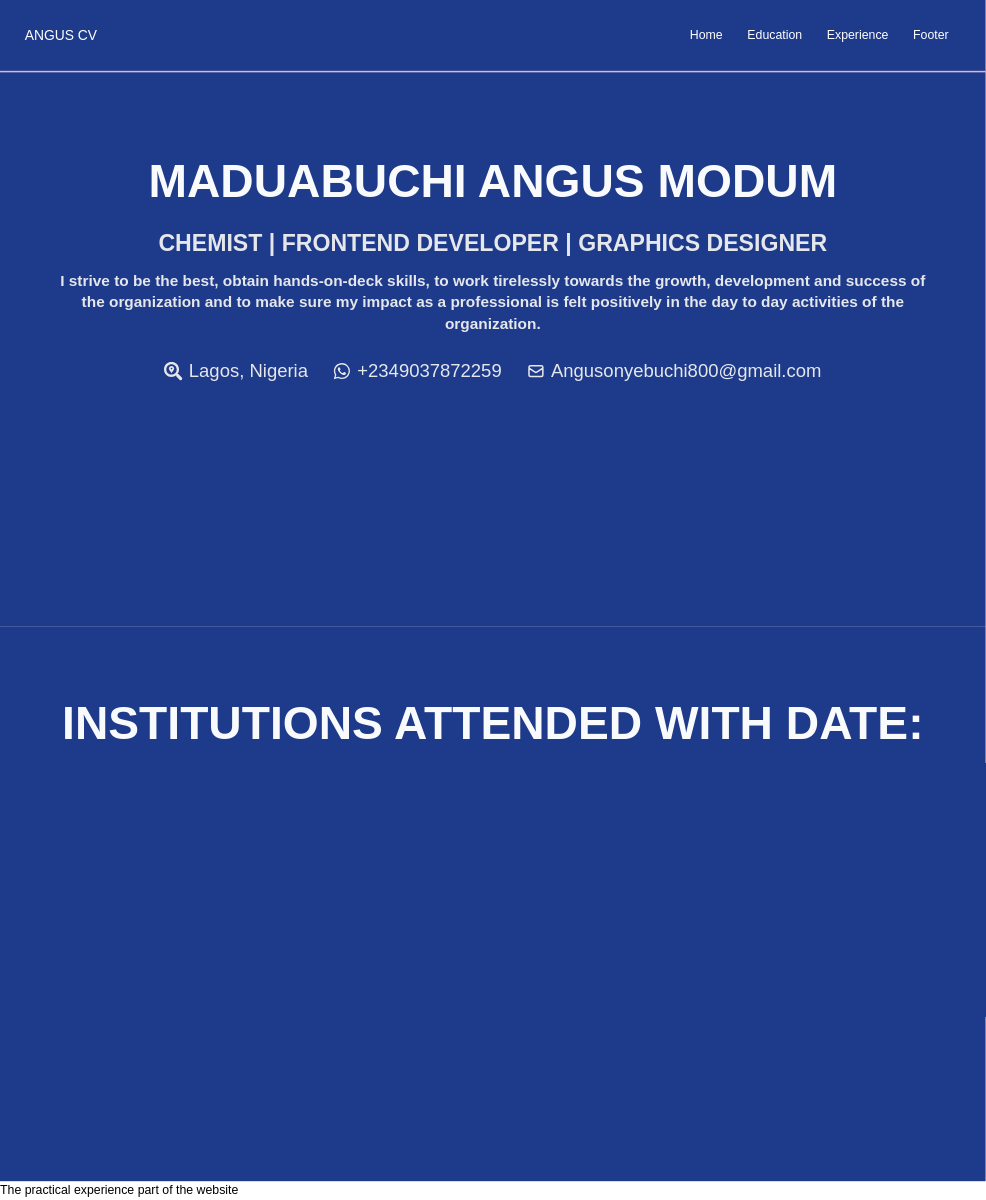
Repository: AngusOnyebuchi/AngusOnyebuchi.github.io
Page: /
These files come from the project's save history. The page is drawn as it stood at one moment and after the next save; the edit follows.
The browser window is 1280 px wide. The pictures show the whole page, at 77% of full size.
The project was rebuilt for these pictures with package versions that can differ from the ones it lists, and the page was loaded fresh each time.

Above is the page before, as saved 2022-04-17 16:30:59.

After the next save:
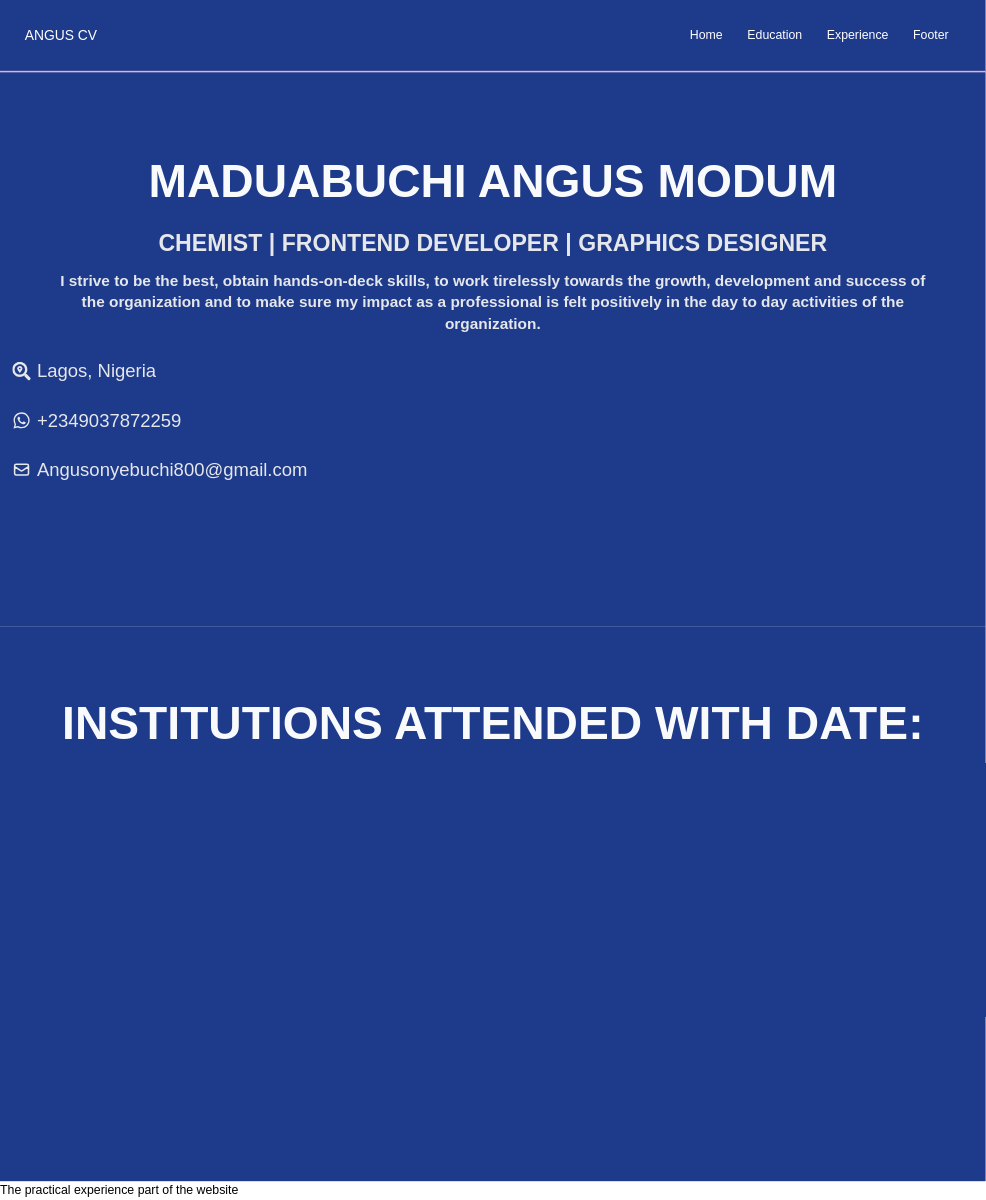
Saved 72 s later.
--- a/src/components/Home.js
+++ b/src/components/Home.js
@@ -11,7 +11,7 @@ export default function Home() {
                 to work tirelessly towards the growth, development and success of the organization and to make sure my impact
                 as a professional is felt positively in the day to day activities of the organization.</p>
 
-            <div className="text-center md:flex flex-cols-3 gap-8 text-2xl justify-center pt-8">
+            <div className="flex flex-col md:flex flex-cols-3 gap-8 text-2xl justify-center pt-8">
                 <div className="flex items-center">
                     <FaSearchLocation/>
                     <h4 className="ml-2">Lagos, Nigeria</h4>
